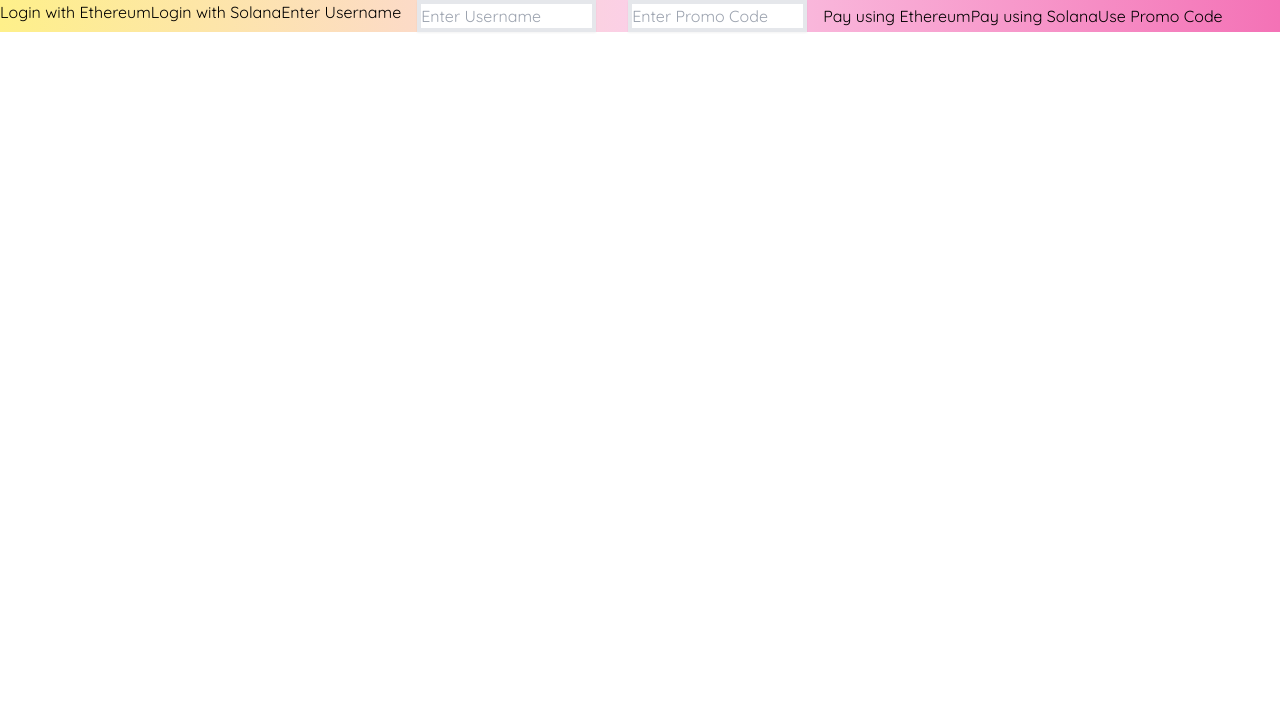
Repository: 22shivam/Polychain
Page: / (app in frontend/)
These files come from the project's save history. The page is drawn as it stood at one moment and after the next save; the edit follows.
The browser window is 1280 px wide. The pictures show the whole page.
The page's requests for data from a server got no answer. The project was rebuilt for these pictures with package versions that can differ from the ones it lists, and the page was loaded fresh each time. The framework's server and built-in components were replaced by stand-ins that run in the browser. No one was signed in, and anything a server would have sent is missing. Also part of the build but not shown: frontend/next.config.js.

Above is the page before, as saved 2022-01-01 10:54:08.

### frontend/pages/_app.js
import React from 'react';
import '../styles/globals.css'
import { useState, createContext } from 'react';

const UserContext = createContext({
  userAccount: "",
  setUserAccount: () => { }
});

function MyApp({ Component, pageProps }) {
  const [userAccount, setUserAccount] = useState({});
  const value = { userAccount, setUserAccount };
  console.log(userAccount)


  return (
    <UserContext.Provider value={value}>
      <Component {...pageProps} />
    </UserContext.Provider>
  )
}

export default MyApp
export { UserContext };

### frontend/pages/_document.js
import Document, { Html, Head, Main, NextScript } from 'next/document'

class MyDocument extends Document {
    render() {
        return (
            <Html>
                <Head>
                    <link rel="preconnect" href="https://fonts.googleapis.com" />
                    <link rel="preconnect" href="https://fonts.gstatic.com" crossorigin />
                    <link href="https://fonts.googleapis.com/css2?family=Quicksand:wght@300;400;500;600;700&display=swap" rel="stylesheet" />
                </Head>
                <body>
                    <Main />
                    <NextScript />
                </body>
            </Html>
        )
    }
}

export default MyDocument

### frontend/pages/index.js
import { useState, useEffect, useContext } from "react";
import transferSOL from "../lib/transferSol";
import transferEth from "../lib/transferEth";
import createPostRequest from "../lib/createPostRequest";
import { ethers } from "ethers";
import Link from 'next/link'
import getSolanaProvider from "../lib/getSolanaProvider";
import { UserContext } from "./_app";
import * as web3 from "@solana/web3.js";

export default function App() {
    console.log("rerendering")
    const [username, setUsername] = useState("")
    const [promoCode, setPromoCode] = useState("");
    const { userAccount, setUserAccount } = useContext(UserContext);

    const handleLogout = async () => {
        console.log(userAccount.blockchain)
        if (userAccount.blockchain == "sol") {
            window.solana.disconnect()
        }
        const response = await fetch("http://localhost:3001/logout", {
            credentials: 'include'
        })

        const processedResponse = await response.json()
        console.log(processedResponse)
        setUserAccount({})
    }

    useEffect(() => {
        // ask them to login either through solana or eth
        (async () => {
            console.log("fetching username details")
            const response = await fetch("http://localhost:3001/isLoggedIn", {
                credentials: 'include'
            })
            const processedResponse = await response.json()
            console.log("processedResponse", processedResponse)
            if (!processedResponse.isLoggedIn) {
                return console.log("please login first")
            } else {
                setUserAccount({ address: processedResponse.address, blockchain: processedResponse.blockchain })
            }
        })()
    }, [])

    useEffect(() => {
        if (window.ethereum) {
            window.ethereum.on('accountsChanged', handleLogout);
        }
        if (window.solana) {
            window.solana.on("disconnect", handleLogout)
        }
        return () => {
            if (window.ethereum) {
                window.ethereum.removeListener('accountsChanged', handleLogout);
            }
            if (window.solana) {
                window.solana.removeListener("disconnect", handleLogout);
            }
        }
    }, [])

    const registerUsingPromoCode = async (e) => {

        if (!window.ethereum)
            throw new Error("No Ethereum Crypto wallet found. Please install it.");
        // await window.ethereum.send("eth_requestAccounts");
        // const accounts = await window.ethereum.request({ method: 'eth_accounts' });
        if (!userAccount.address) {
            // ask them to login either through solana or eth
            return console.log("please login first")
        }

        const requestObject = {
            username,
            promoCode,
            address: userAccount.address,
            blockchain: userAccount.blockchain
        }

        try {
            const registrationResponse = await createPostRequest("http://localhost:3001/register/promo", requestObject)
            console.log(registrationResponse)
        } catch (err) { console.log("registration failed:", err) }

    }

    const registerUsingSolana = async (e) => {
        const coinbaseResponse = await fetch("https://api.coinbase.com/v2/exchange-rates")
        const data = await coinbaseResponse.json()
        const solPerUSD = data.data.rates.SOL
        const SOLpayValue = solPerUSD * 5
        const hash = await transferSOL(SOLpayValue, "AA6bqLgTzYPpFFH2R9XLdudibWcemLkKDRtZmPQEsEiS", setUserAccount);
        if (!hash) { return }

        const requestObject = {
            hash,
            username
        }

        try {
            const registrationResponse = await createPostRequest("http://localhost:3001/register/sol", requestObject)
            console.log(registrationResponse)
        } catch (err) { console.log("registration failed:", err) }


    }

    const registerUsingEthereum = async (e) => {
        // make get request to https://api.coinbase.com/v2/exchange-rates
        // get the USD value of ETH
        const coinbaseResponse = await fetch("https://api.coinbase.com/v2/exchange-rates")
        const data = await coinbaseResponse.json()
        const ethPerUSD = data.data.rates.ETH
        const ETHpayValue = ethPerUSD * 5

        const tx = await transferEth({
            ether: ETHpayValue.toString(),
            addr: "0x76aEB5092D8eabCec324Be739b8BA5dF473F0055"
        }, setUserAccount)
        if (!tx) { return }

        const requestObject = {
            tx,
            username
        }
        try {
            const registrationResponse = await createPostRequest("http://localhost:3001/register/eth", requestObject)
            console.log(registrationResponse)
        } catch (err) { console.log("registration failed:", err) }
    }

    const ethLogin = async (e) => {
        try {
            if (!window.ethereum)
                throw new Error("No Ethereum Crypto wallet found. Please install it.");
            // await window.ethereum.send("eth_requestAccounts");
            // const accounts = await window.ethereum.request({ method: 'eth_accounts' });
            const accounts = await window.ethereum.request({
                method: "wallet_requestPermissions",
                params: [{
                    eth_accounts: {}
                }]
            }).then(() => ethereum.request({
                method: 'eth_requestAccounts'
            }))
            // const accounts = await ethereum.request({ method: "eth_requestAccounts" })
            const provider = new ethers.providers.Web3Provider(window.ethereum);
            const signer = provider.getSigner();
            const message = `Logging in.... \n \n Random ID: ${Math.random().toString(36).slice(2)}`
            const signature = await signer.signMessage(message)
            const requestObject = {
                signature,
                message,
                address: accounts[0]
            }
            const loginResponse = await createPostRequest("http://localhost:3001/login/eth", requestObject)

            if (loginResponse.success) {
                setUserAccount({ address: accounts[0], blockchain: "eth" })
            }

            console.log(loginResponse)
        } catch (err) { console.log(err) }

    }

    const solLogin = async (e) => {
        try {
            const provider = await (async () => {
                if ("solana" in window) {
                    // await window.solana.request({ method: "disconnect" });
                    await window.solana.connect();
                    const provider = window.solana;
                    console.log("Is Phantom installed?  ", provider.isPhantom);
                    return provider
                } else {
                    window.open("https://www.phantom.app/", "_blank");
                }
            })()
            const message = `Logging in.... \n \n Random ID: ${Math.random().toString(36).slice(2)}`
            const encodedMessage = new TextEncoder().encode(message);
            const signedMessage = await window.solana.signMessage(encodedMessage, "utf8")
            console.log(JSON.parse(JSON.stringify(signedMessage.publicKey)).toString())
            console.log(signedMessage.publicKey.toBase58()) // returns publickey in base58.
            console.log(new web3.PublicKey(signedMessage.publicKey.toBase58()))
            console.log(Object.getPrototypeOf(signedMessage.publicKey))
            console.log(signedMessage.publicKey)
            console.log(signedMessage.publicKey)
            console.log(signedMessage.publicKey._bn)
            console.log(signedMessage)
            console.log(JSON.stringify(signedMessage))


            const requestObject = {
                signedMessage: signedMessage,
                message,
                address: signedMessage.publicKey.toBytes(),
                publicKey: signedMessage.publicKey.toBase58()

            }
            const loginResponse = await createPostRequest("http://localhost:3001/login/sol", requestObject)

            if (loginResponse.success) {
                setUserAccount({ address: signedMessage.publicKey.toString(), blockchain: "sol" })
            }

            console.log(loginResponse)
        } catch (err) { console.log(err) }
    }


    return (
        <div className="flex bg-gradient-to-r from-yellow-200 via-pink-200 to-pink-400 h-100 w-100 vh-100">
            {userAccount.address ? <div><h1>Go to your <Link href="/dashboard">Dashboard</Link></h1><button onClick={handleLogout}>Logout</button></div> : (
                <div>
                    <button onClick={ethLogin}>Login with Ethereum</button>
                    <button onClick={solLogin}>Login with Solana</button>

                </div>
            )}

            <br />
            <h1> Enter Username </h1>
            <input value={username} onChange={(e) => { setUsername(e.target.value) }} className="shadow-sm mr-4 ml-4 border-4" name="ether" type="text" placeholder="Enter Username" />
            <input value={promoCode} onChange={(e) => { setPromoCode(e.target.value) }} className="shadow-sm mr-4 ml-4 border-4" name="ether" type="text" placeholder="Enter Promo Code" />
            <br />
            <button onClick={registerUsingEthereum}>Pay using Ethereum</button>
            <br />
            <button onClick={registerUsingSolana}>Pay using Solana</button>
            <br />
            <button onClick={registerUsingPromoCode}>Use Promo Code</button>
        </div>

    );
}

### frontend/styles/globals.css
@tailwind base;
@tailwind components;
@tailwind utilities;

html,
body {
  padding: 0;
  margin: 0;
  font-family: Quicksand, -apple-system, BlinkMacSystemFont, Segoe UI, Roboto, Oxygen,
    Ubuntu, Cantarell, Fira Sans, Droid Sans, Helvetica Neue, sans-serif;
}

a {
  color: inherit;
  text-decoration: none;
}

* {
  box-sizing: border-box;
}

### frontend/lib/transferSol.js
import getSolanaProvider from "./getSolanaProvider";
import * as web3 from '@solana/web3.js';

export default async function transferSOL(solAmount, toAddr, setUserAccount) {
    // Detecing and storing the phantom wallet of the user (creator in this case)
    var provider = await getSolanaProvider();

    // Establishing connection
    var connection = new web3.Connection(
        web3.clusterApiUrl('devnet'), // change to mainnet-beta when deploying
    );
    var recieverWallet = new web3.PublicKey(toAddr);
    console.log("pblickey of sender", provider.publicKey)
    var transaction = new web3.Transaction().add(
        web3.SystemProgram.transfer({
            fromPubkey: provider.publicKey,
            toPubkey: recieverWallet,
            lamports: solAmount * web3.LAMPORTS_PER_SOL
        }),
    );

    // Setting the variables for the transaction
    transaction.feePayer = await provider.publicKey;
    let blockhashObj = await connection.getRecentBlockhash();
    transaction.recentBlockhash = await blockhashObj.blockhash;
    // Request creator to sign the transaction (allow the transaction)
    let signed = await provider.signTransaction(transaction);
    // The signature is generated
    let hash = await connection.sendRawTransaction(signed.serialize());
    console.log(hash)
    // Confirm whether the transaction went through or not
    if (setUserAccount) {
        setUserAccount({ address: provider.publicKey, blockchain: "sol" })
    }
    await connection.confirmTransaction(hash);
    return hash
}

### frontend/lib/transferEth.js
import { ethers } from 'ethers'
import { toBn } from 'evm-bn';

const transferEth = async ({ ether, addr }, setUserAccount) => {
    try {
        if (!window.ethereum)
            throw new Error("No crypto wallet found. Please install it.");

        const accounts = await ethereum.request({ method: "eth_requestAccounts" })
        // await window.ethereum.request({ method: 'eth_accounts' });
        const provider = new ethers.providers.Web3Provider(window.ethereum);
        const signer = provider.getSigner();
        const tx = await signer.sendTransaction({
            to: addr,
            value: toBn(ether)
        });
        if (setUserAccount) {
            setUserAccount({ address: accounts[0], blockchain: "eth" })
        }
        return tx
    } catch (err) {
        alert(err.message)
    }
};

export default transferEth

### frontend/lib/createPostRequest.js

const createPostRequest = async (url, requestObject) => {
    const response = await fetch(url, {
        method: 'POST', // *GET, POST, PUT, DELETE, etc.
        mode: 'cors', // no-cors, *cors, same-origin
        cache: 'no-cache', // *default, no-cache, reload, force-cache, only-if-cached
        credentials: 'include', // include, *same-origin, omit
        headers: {
            'Content-Type': 'application/json'
            // 'Content-Type': 'application/x-www-form-urlencoded',
        },
        redirect: 'follow', // manual, *follow, error
        referrerPolicy: 'no-referrer', // no-referrer, *no-referrer-when-downgrade, origin, origin-when-cross-origin, same-origin, strict-origin, strict-origin-when-cross-origin, unsafe-url
        body: JSON.stringify(requestObject) // body data type must match "Content-Type" header
    });

    const processedResponse = await response.json();

    return processedResponse
}

export default createPostRequest;

### frontend/lib/getSolanaProvider.js
const getSolanaProvider = async () => {
    if ("solana" in window) {
        await window.solana.connect();
        const provider = window.solana;
        if (provider.isPhantom) {
            console.log("Is Phantom installed?  ", provider.isPhantom);
            return provider;
        }
    } else {
        window.open("https://www.phantom.app/", "_blank");
    }
};

export default getSolanaProvider;

Loaded but not shown: frontend/tailwind.config.js (common file)

After the next save:
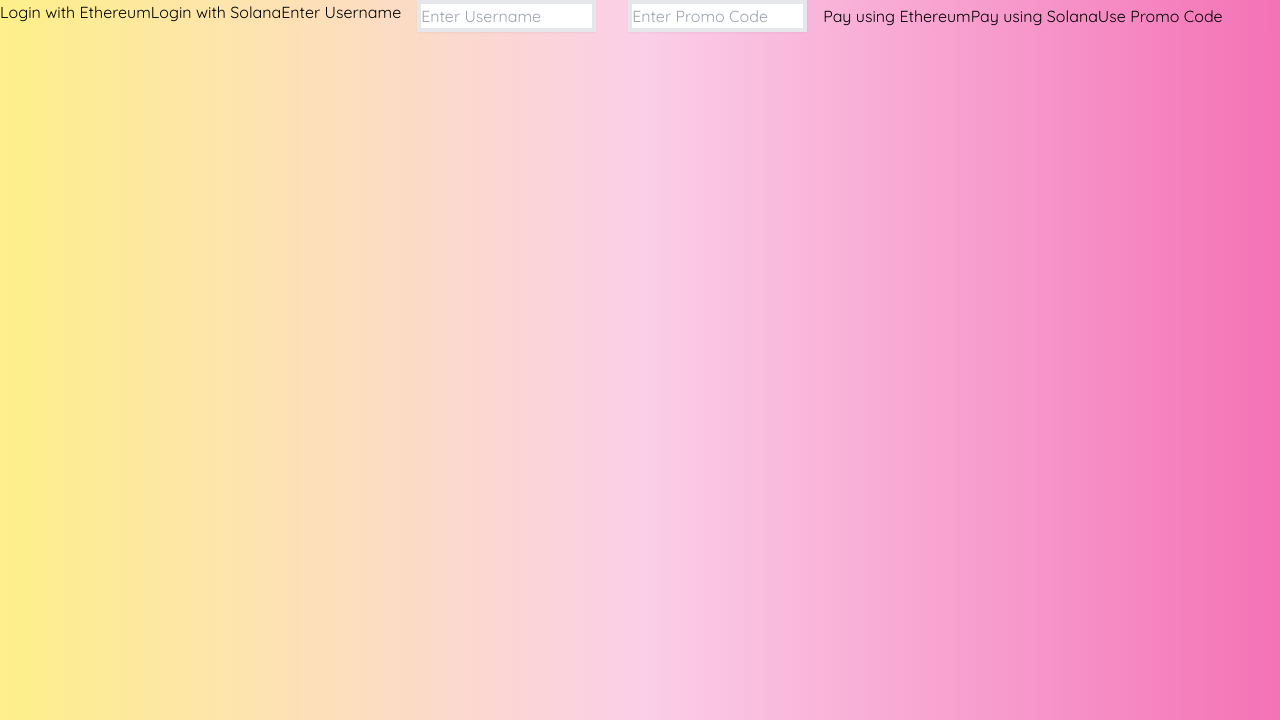
Saved 35 min 44 s later.
--- a/frontend/pages/_document.js
+++ b/frontend/pages/_document.js
@@ -9,7 +9,7 @@
                     <link rel="preconnect" href="https://fonts.gstatic.com" crossorigin />
                     <link href="https://fonts.googleapis.com/css2?family=Quicksand:wght@300;400;500;600;700&display=swap" rel="stylesheet" />
                 </Head>
-                <body>
+                <body className='bg-gradient-to-r from-yellow-200 via-pink-200 to-pink-400 h-100 w-100 vh-100'>
                     <Main />
                     <NextScript />
                 </body>
